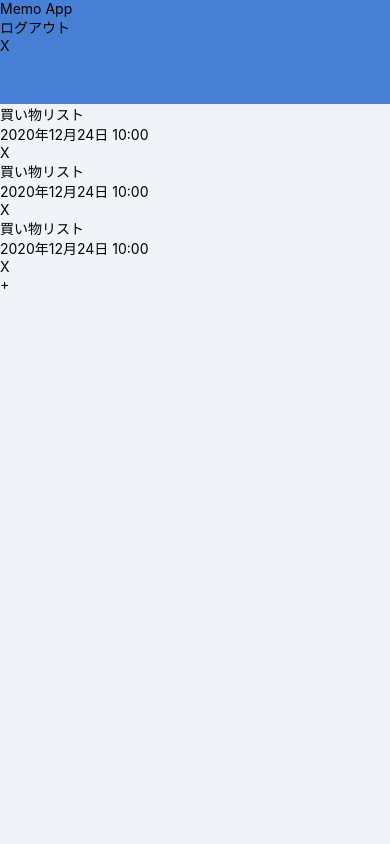
Repository: hirano-step/MemoApp
Screen: /
An editor plug-in stored every save of this project. The screen is shown before and after the next save, followed by the edit.
The app was drawn by React Native's web renderer in a window 390 px wide. The project was rebuilt for these pictures with package versions that can differ from the ones it lists, and the page was loaded fresh each time.

Above is the screen before, as saved 2023-01-12 11:04:51.

### App.jsx
import { StyleSheet, Text, View } from 'react-native';

export default function App() {
  return (
    <View style={styles.container}>
      <View style={styles.appbar}>
        <View>
          <Text>Memo App</Text>
          <Text>ログアウト</Text>
        </View>
        <View>
          <Text>X</Text>
        </View>
      </View>

      <View>
        <View>
          <View>
            <Text>買い物リスト</Text>
            <Text>2020年12月24日 10:00</Text>
          </View>
          <View>
            <Text>X</Text>
          </View>
        </View>

        <View>
          <View>
            <Text>買い物リスト</Text>
            <Text>2020年12月24日 10:00</Text>
          </View>
          <View>
            <Text>X</Text>
          </View>
        </View>

        <View>
          <View>
            <Text>買い物リスト</Text>
            <Text>2020年12月24日 10:00</Text>
          </View>
          <View>
            <Text>X</Text>
          </View>
        </View>
      </View>

      <View>
        <Text>+</Text>
      </View>

    </View>
  );
}

const styles = StyleSheet.create({
  container: {
    flex: 1,
    backgroundColor: '#F0F4F8',
  },
  appbar: {
    width: '100%',
    height: 104,
    backgroundColor: '#467FD3',
  },
});

After the next save:
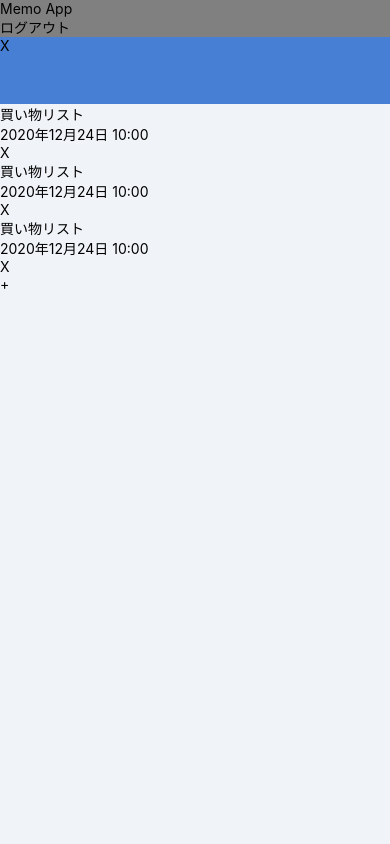
Saved 74 s later.
--- a/App.jsx
+++ b/App.jsx
@@ -4,7 +4,7 @@ export default function App() {
   return (
     <View style={styles.container}>
       <View style={styles.appbar}>
-        <View>
+        <View style={styles.appbarInner}>
           <Text>Memo App</Text>
           <Text>ログアウト</Text>
         </View>
@@ -63,4 +63,7 @@ const styles = StyleSheet.create({
     height: 104,
     backgroundColor: '#467FD3',
   },
+  appbarInner: {
+    backgroundColor: 'gray',
+  },
 });
